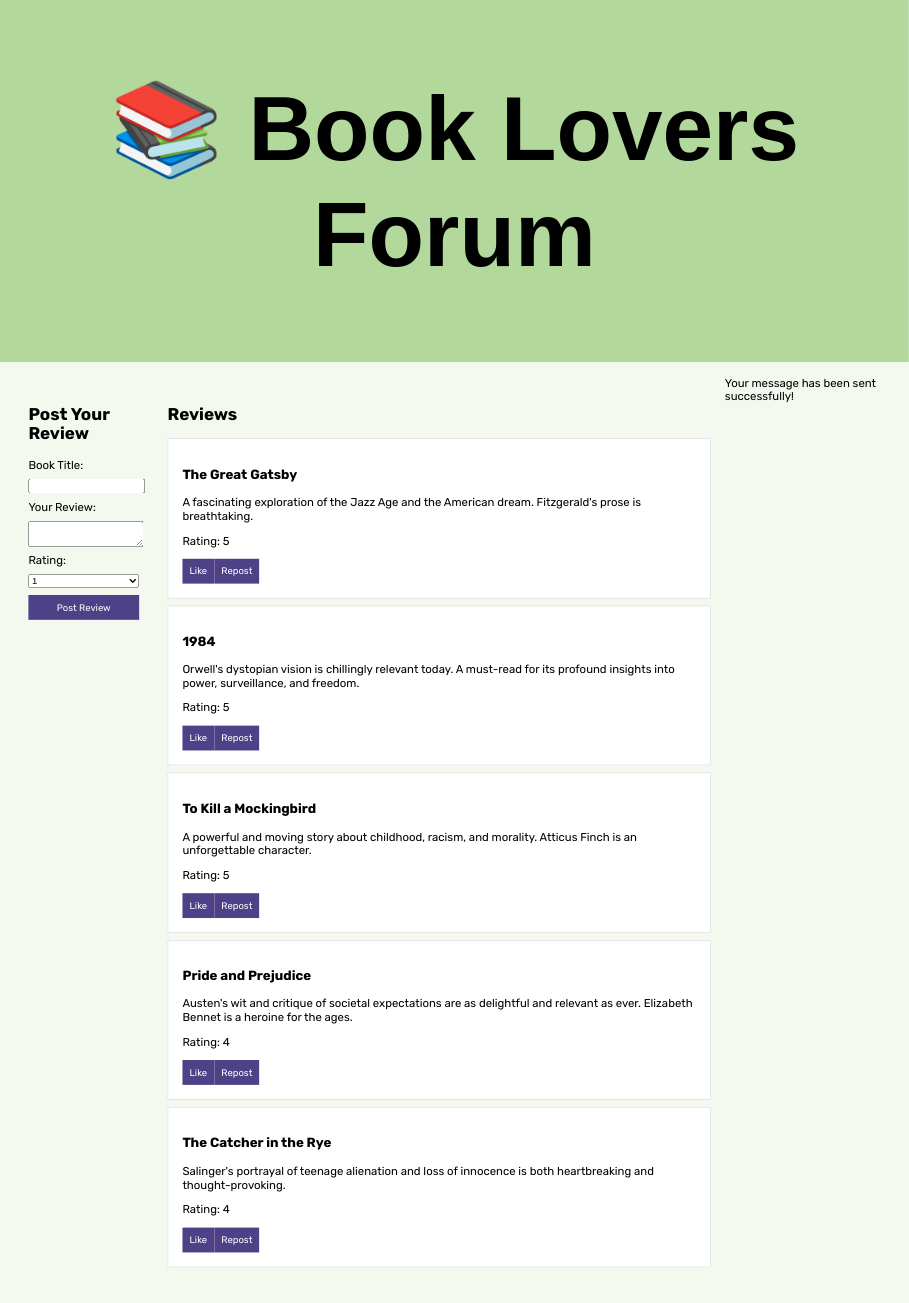
Repository: valentinaarojas/virtual-book-club
Page: index.html
An editor plug-in stored every save of this project. The page is shown before and after the next save, followed by the edit.
The browser window is 1280 px wide. The pictures show the whole page, at 71% of full size.
Some web fonts or font styles are not loaded; a fallback is used.

Above is the page before, as saved 2025-02-12 17:27:33.
Console error: ReferenceError: form is not defined

### index.html
<!DOCTYPE html>
<html lang="en">
<head>
    <title>Book Lovers Forum</title>
    <link rel="stylesheet" href="styles.css">
    <link rel="preconnect" href="https://fonts.googleapis.com">
    <link rel="preconnect" href="https://fonts.gstatic.com" crossorigin>
    <link href="https://fonts.googleapis.com/css2?family=Licorice&display=swap" rel="stylesheet">
    <link href="https://fonts.googleapis.com/css2?family=Licorice&family=Rubik:ital,wght@0,300..900;1,300..900&display=swap" rel="stylesheet">
</head>
<body>
    <header>
        <h1>📚 Book Lovers Forum</h1>
    </header>
    <main>
        <section id="review-form-section">
            <h2>Post Your Review</h2>
            <form id="review-form">
                <label for="book-title">Book Title:</label>
                <input type="text" id="book-title" name="book-title" required>
                <label for="review-text">Your Review:</label>
                <textarea id="review-text" name="review-text" required></textarea>
                <label for="rating">Rating:</label>
                <select id="rating" name="rating">
                    <option value="1">1</option>
                    <option value="2">2</option>
                    <option value="3">3</option>
                    <option value="4">4</option>
                    <option value="5">5</option>
                </select>
                <button type="submit">Post Review</button>
            </form>
        </section>
        <section id="reviews-section">
            <h2>Reviews</h2>
            <div id="reviews-list">
                <!-- Reviews will be dynamically inserted here -->
            </div>
        </section>
        <div class="alert success">Your message has been sent successfully!</div>
    </main>
    <script src="script.js"></script>
</body>
</html>

### styles.css
body {
    font-family: Rubik, sans-serif;
    margin: 0;
    padding: 0;
    background-color: #F4F9F0;
}

header {
    background-color: #B3D89C;
    padding: 20px;
    text-align: center;
}

main {
    padding: 20px;
    display: flex;
}

section {
    margin: 20px;
}

h1 {
    font-family: Licorice, sans-serif;
    font-size: 8em;
}

#reviews-section {
    flex-grow: 2;
}

#review-form-section,
#reviews-section {
    margin-bottom: 20px;
}

#review-form label,
#review-form input,
#review-form textarea,
#review-form select,
#review-form button {
    display: block;
    width: 100%;
    margin-top: 10px;
}

button {
    background-color: #4E4187;
    font-family: Rubik, sans-serif;
    color: white;
    padding: 10px;
    border: none;
    cursor: pointer;
}

button:hover {
    background-color: #C1BADE;
    color: black;
}

button:active {
    background-color: #564e76;
}

#reviews-list {
    margin-top: 20px;
}

.review-item {
    background-color: #fff;
    border: 1px solid #ddd;
    padding: 20px;
    margin-bottom: 10px;
}

.review-item:hover {
    background-color: #f9f9f9;
}

### script.js
function loadReviews() {
    console.log("loadReviews called!");
    fetch('reviews.json')
        .then(response => {
            if (!response.ok) {
                throw new Error('Network response was not ok');
            }
            return response.json();  // Assuming the server sends JSON
        })
        .then(reviews => {
            console.log(reviews); // Log the fetched reviews
            const reviewsList = document.getElementById("reviews-list"); // Get the div to append reviews
            reviews.forEach(review => {
                const reviewElement = createReviewElement(review);
                reviewsList.appendChild(reviewElement); // Append each review to the list
            });
        })
        .catch(error => {
            console.error('There was a problem:', error);
        });
}

function handleReviewSubmit() {
    console.log("handleReviewSubmit");
}

function createReviewElement(review) {
    console.log(review);
    const newDiv = document.createElement('div'); // Create the main review container
    newDiv.classList.add('review-item'); // Add the class 'review-item' (can style now)
    const bookTitle = document.createElement('h3'); // Create and add book title
    bookTitle.textContent = review.title;
    newDiv.append(bookTitle);
    const reviewText = document.createElement('p'); // Create and add review text
    reviewText.textContent = review.reviewText;
    newDiv.append(reviewText);
    const rating = document.createElement('p'); // Create and add rating
    rating.textContent = `Rating: ${review.rating}`;
    newDiv.append(rating);
    const likeButton = document.createElement('button'); // Create and add like button
    likeButton.textContent = "Like";
    likeButton.id = `like-${review.id}`; // Unique ID based on review ID
    likeButton.setAttribute('data-liked', 'false');
    likeButton.addEventListener('click', () => toggleLike(likeButton, review.id));
    newDiv.appendChild(likeButton);
    const repostButton = document.createElement('button'); // Create and add repost button
    repostButton.textContent = "Repost";
    repostButton.id = `repost-${review.id}`; // Unique ID based on review ID
    repostButton.addEventListener('click', () => repostReview(review.id));
    newDiv.appendChild(repostButton);
    return newDiv; // Return the created review element
}

function toggleLike(button, reviewId) {
    console.log('Like button clicked');
}

function repostReview(reviewId) {
    console.log('Repost button clicked');
}

document.addEventListener("DOMContentLoaded", () => {
    console.log("page loaded and ready for actions!");
    loadReviews();
    const reviewForm = document.getElementById("reviews-list");
    form.addEventListener('submit', handleReviewSubmit);
});

### reviews.json
[
	{
		"id": 1,
		"title": "The Great Gatsby",
		"reviewText": "A fascinating exploration of the Jazz Age and the American dream. Fitzgerald's prose is breathtaking.",
		"rating": 5,
		"likes": 12,
		"reposts": 4
	},
	{
		"id": 2,
		"title": "1984",
		"reviewText": "Orwell's dystopian vision is chillingly relevant today. A must-read for its profound insights into power, surveillance, and freedom.",
		"rating": 5,
		"likes": 15,
		"reposts": 5
	},
	{
		"id": 3,
		"title": "To Kill a Mockingbird",
		"reviewText": "A powerful and moving story about childhood, racism, and morality. Atticus Finch is an unforgettable character.",
		"rating": 5,
		"likes": 20,
		"reposts": 8
	},
	{
		"id": 4,
		"title": "Pride and Prejudice",
		"reviewText": "Austen's wit and critique of societal expectations are as delightful and relevant as ever. Elizabeth Bennet is a heroine for the ages.",
		"rating": 4,
		"likes": 18,
		"reposts": 7
	},
	{
		"id": 5,
		"title": "The Catcher in the Rye",
		"reviewText": "Salinger's portrayal of teenage alienation and loss of innocence is both heartbreaking and thought-provoking.",
		"rating": 4,
		"likes": 10,
		"reposts": 3
	}
]

After the next save:
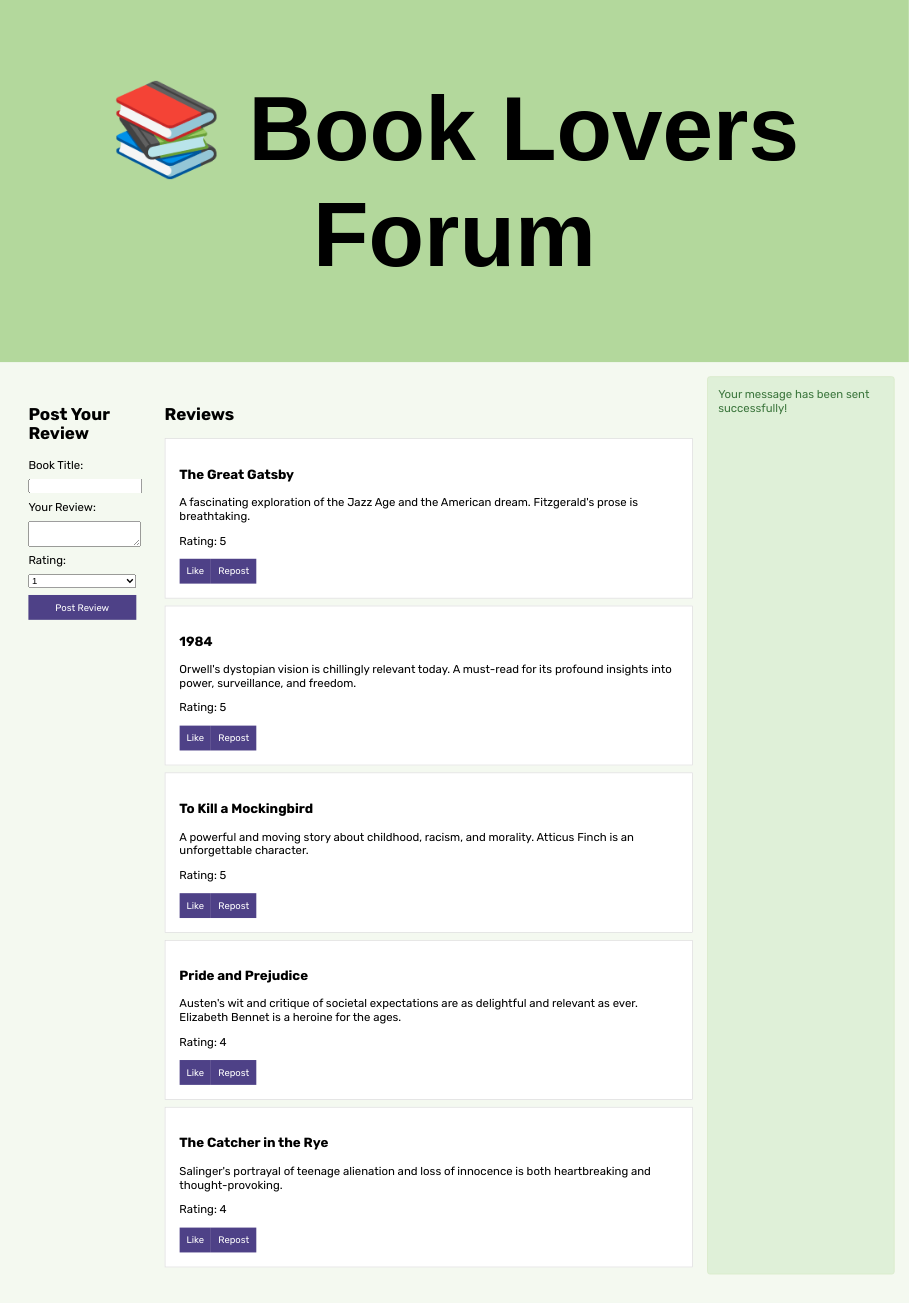
Saved 11 s later.
--- a/styles.css
+++ b/styles.css
@@ -76,3 +76,16 @@ button:active {
 .review-item:hover {
     background-color: #f9f9f9;
 }
+
+.alert {
+    padding: 15px;
+    margin-bottom: 20px;
+    border: 1px solid transparent;
+    border-radius: 4px;
+}
+
+.success {
+    color: #3c763d;
+    background-color: #dff0d8;
+    border-color: #d6e9c6;
+}
